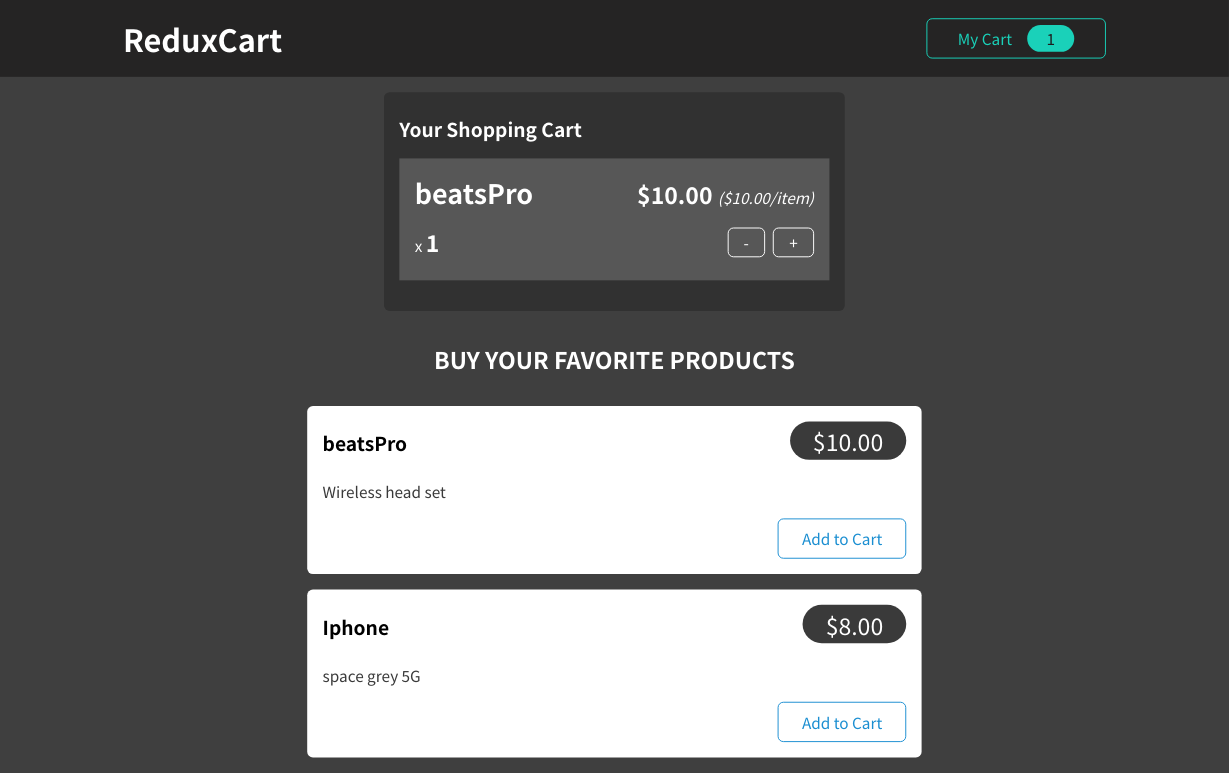
Repository: NamalPathirana/Redux-two-async
Page: /
An editor plug-in stored every save of this project. The page is shown before and after the next save, followed by the edit.
The browser window is 1280 px wide. The pictures show the whole page, at 96% of full size.
The project was rebuilt for these pictures with package versions that can differ from the ones it lists, and the page was loaded fresh each time.

Above is the page before, as saved 2022-04-13 16:55:24.

After the next save:
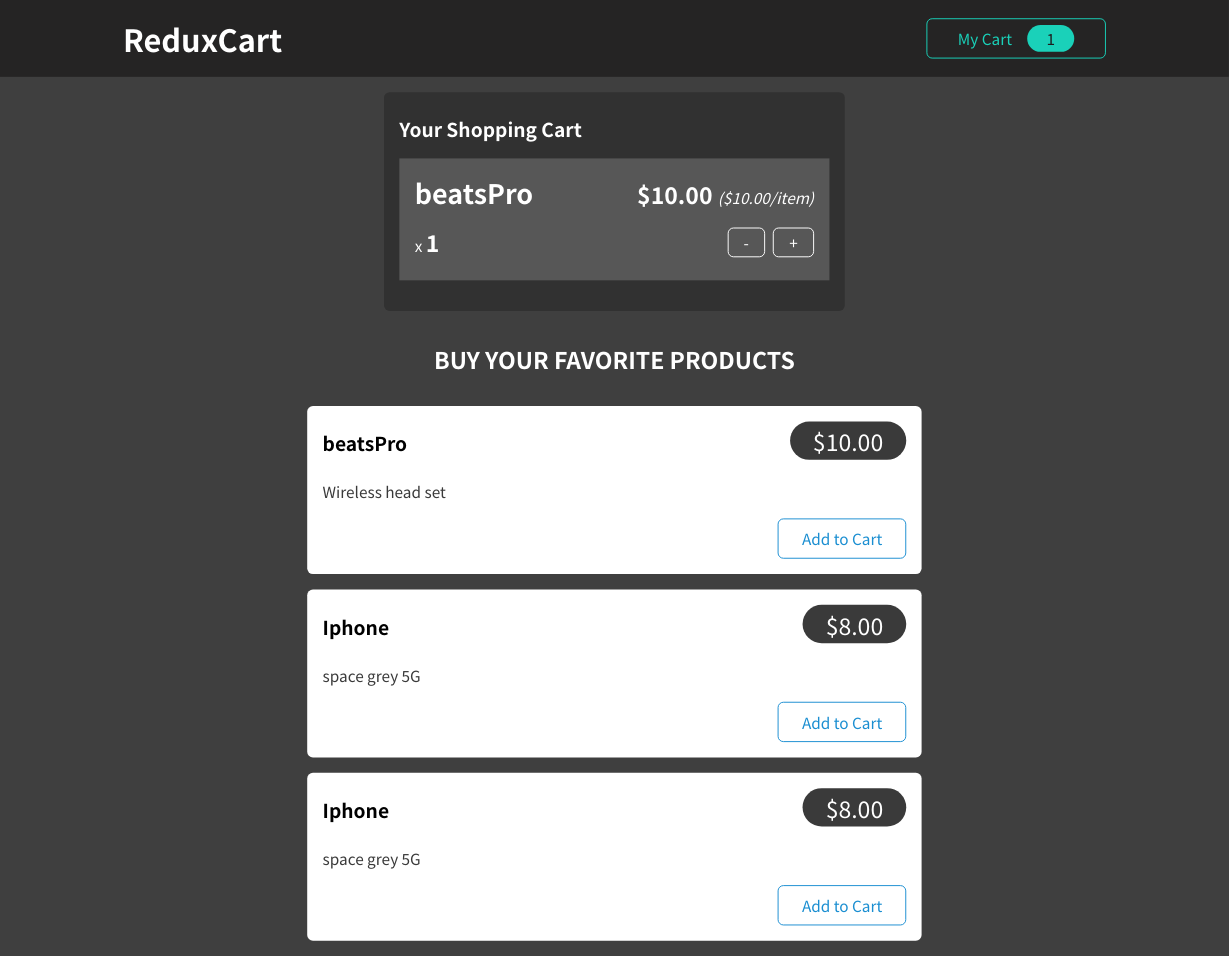
Saved 9 s later.
--- a/src/components/Shop/Products.js
+++ b/src/components/Shop/Products.js
@@ -36,6 +36,12 @@
       description: "space grey 5G",
       price: 8,
     },
+    {
+      id: 3,
+      name: "Iphone",
+      description: "space grey 5G",
+      price: 8,
+    },
   ];
 
   return (
